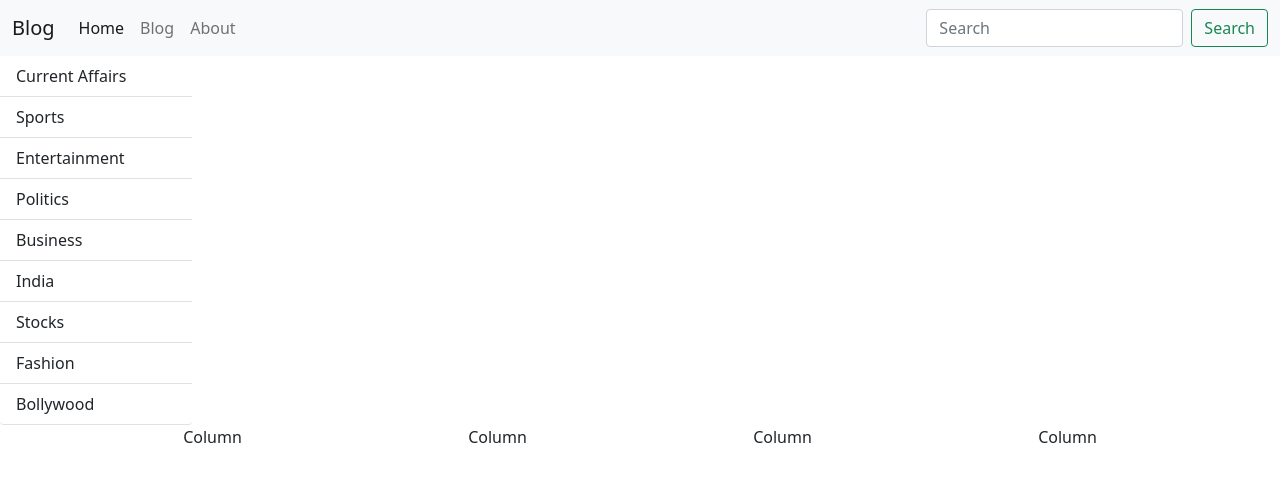
Repository: syni18/bootstrap_blog
Page: index.html
These files come from the project's save history. The page is drawn as it stood at one moment and after the next save; the edit follows.
The browser window is 1280 px wide. The pictures show the whole page.

Above is the page before, as saved 2023-10-25 21:11:36.

After the next save:
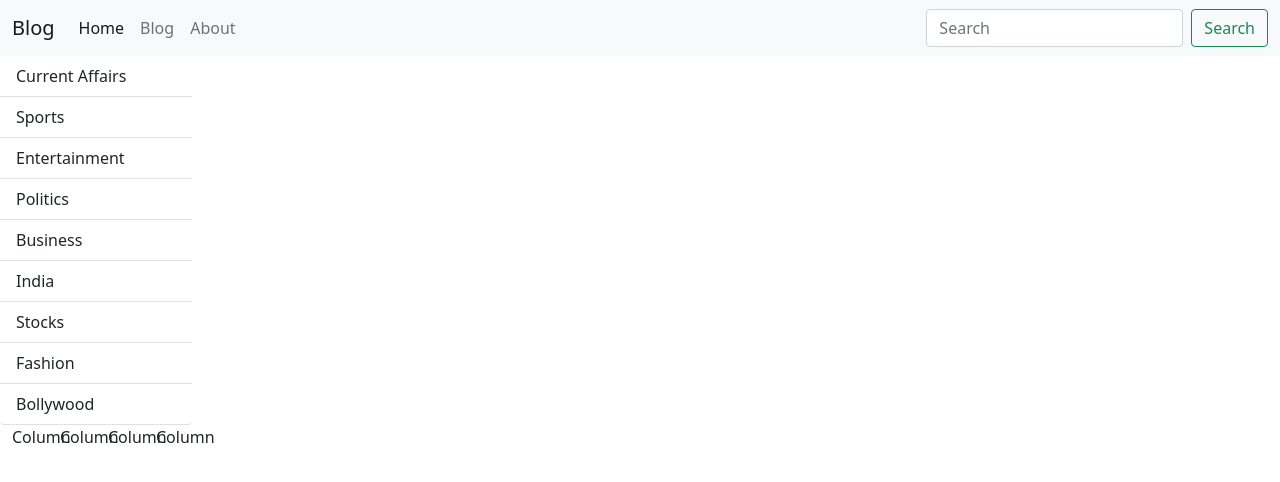
Saved 17 s later.
--- a/index.html
+++ b/index.html
@@ -100,14 +100,14 @@
             <li class="list-group-item border-0 border-bottom">Fashion</li>
             <li class="list-group-item border-0 border-bottom">Bollywood</li>
           </ul>
-        </div>
-        <div class="container text-center">
-  <div class="row row-cols-1 row-cols-sm-2 row-cols-md-4">
-    <div class="col">Column</div>
-    <div class="col">Column</div>
-    <div class="col">Column</div>
-    <div class="col">Column</div>
-  </div>
+          <div class="container text-center">
+              <div class="row row-cols-1 row-cols-sm-2 row-cols-md-4">
+                  <div class="col">Column</div>
+                  <div class="col">Column</div>
+                  <div class="col">Column</div>
+                  <div class="col">Column</div>
+                </div>
+            </div>
 </div>
 </body>
 </html>
